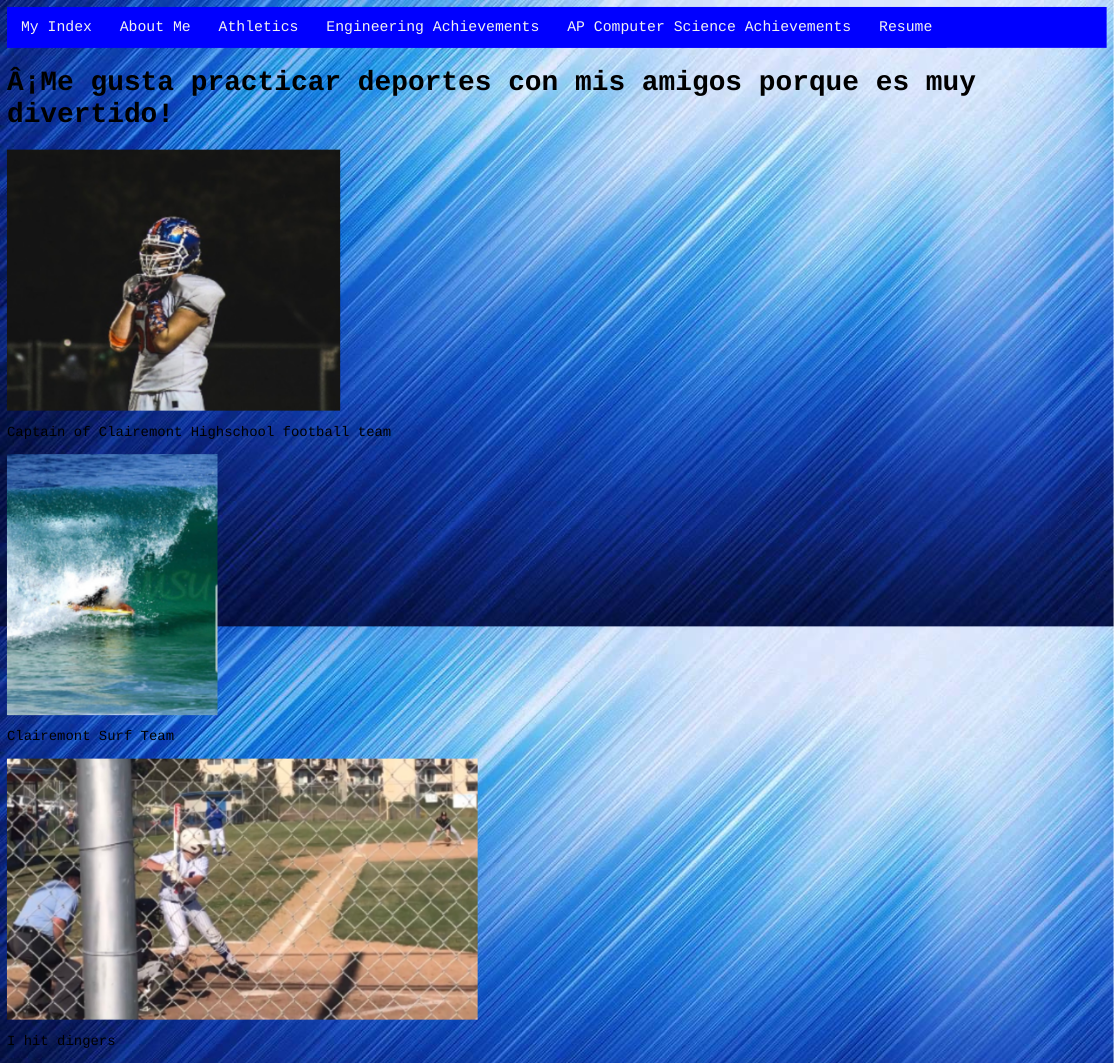
Repository: jacobsirois/jacobsirois.github.io
Page: athletics.html
The author's editor kept a record of every edit. The page is drawn from the files as they stood at one moment, then again after the next edit.
The browser window is 1280 px wide. The pictures show the whole page, at 87% of full size.
Backgrounds fixed to the window are drawn as part of the page.

Above is the page before.
Not found: index.css

### athletics.html
<html>
<head>
<title>Page Title</title>
</head>
<body>

<title>
"About Me"
<meta charset="utf-8">
</title>
<link href="index.css" rel="stylesheet" type="text/css">
<meta name="viewport" content="width=device-width, initial-scale=1">
<link rel="stylesheet" href="https://cdnjs.cloudflare.com/ajax/libs/font-awesome/4.7.0/css/font-awesome.min.css">

<style>
body {
  font-family: courier;
}

.topnav {
  overflow: hidden;
  background-color: blue;
}

.topnav a {
  float: left;
  display: block;
  background-color: blue;
  color: #f2f2f2;
  text-align: center;
  padding: 14px 16px;
  text-decoration: none;
  font-size: 17px;
}

.topnav a:hover {
  background-color: #ddd;
  color: black;
}

.active {
  background-color: #ff66a3;
  color: white;
}

.topnav .icon {
  display: none;
}

@media screen and (max-width: 600px) {
  .topnav a:not(:first-child) {display: none;}
  .topnav a.icon {
    float: right;
    display: block;
  }
}

@media screen and (max-width: 600px) {
  .topnav.responsive {position: relative;}
  .topnav.responsive .icon {
    position: absolute;
    right: 0;
    top: 0;
  }
  .topnav.responsive a {
    float: none;
    display: block;
    text-align: left;
  }
}
</style>

<div class="topnav" id="myTopnav">
  <a href="index.html" class="active">My Index</a>
  <a href="aboutme.html">About Me</a>
  <a href="athletics.html">Athletics</a>
  <a href="engineering.html">Engineering Achievements</a>
  <a href="compsci.html">AP Computer Science Achievements</a>
  <a href="resume.html">Resume</a>
  <a href="javascript:void(0);" class="icon" onclick="myFunction()">
    <i class="fa fa-bars"></i>
  </a>
</div>

<script>
function myFunction() {
    var x = document.getElementById("myTopnav");
    if (x.className === "topnav") {
        x.className += " responsive";
    } else {
        x.className = "topnav";
    }
}
</script>

<style>
body {
  background-image: url('anotha background.jpg');
  background-repeat: no-repeat;
  background-attachment: fixed;
  background-size: 100% 100%;
}
</style>

<h1>¡Me gusta practicar deportes con mis amigos porque es muy divertido!</h1>

<img src="images/football.jpg" alt="my avatar">
<p>Captain of Clairemont Highschool football team</p>
<img src="images/gnar.jpg" alt="my avatar">
<p>Clairemont Surf Team</p>
<img src="images/baseball.jpg" alt="my avatar">
<p>I hit dingers</p>
</body>
</html>

After the next edit:
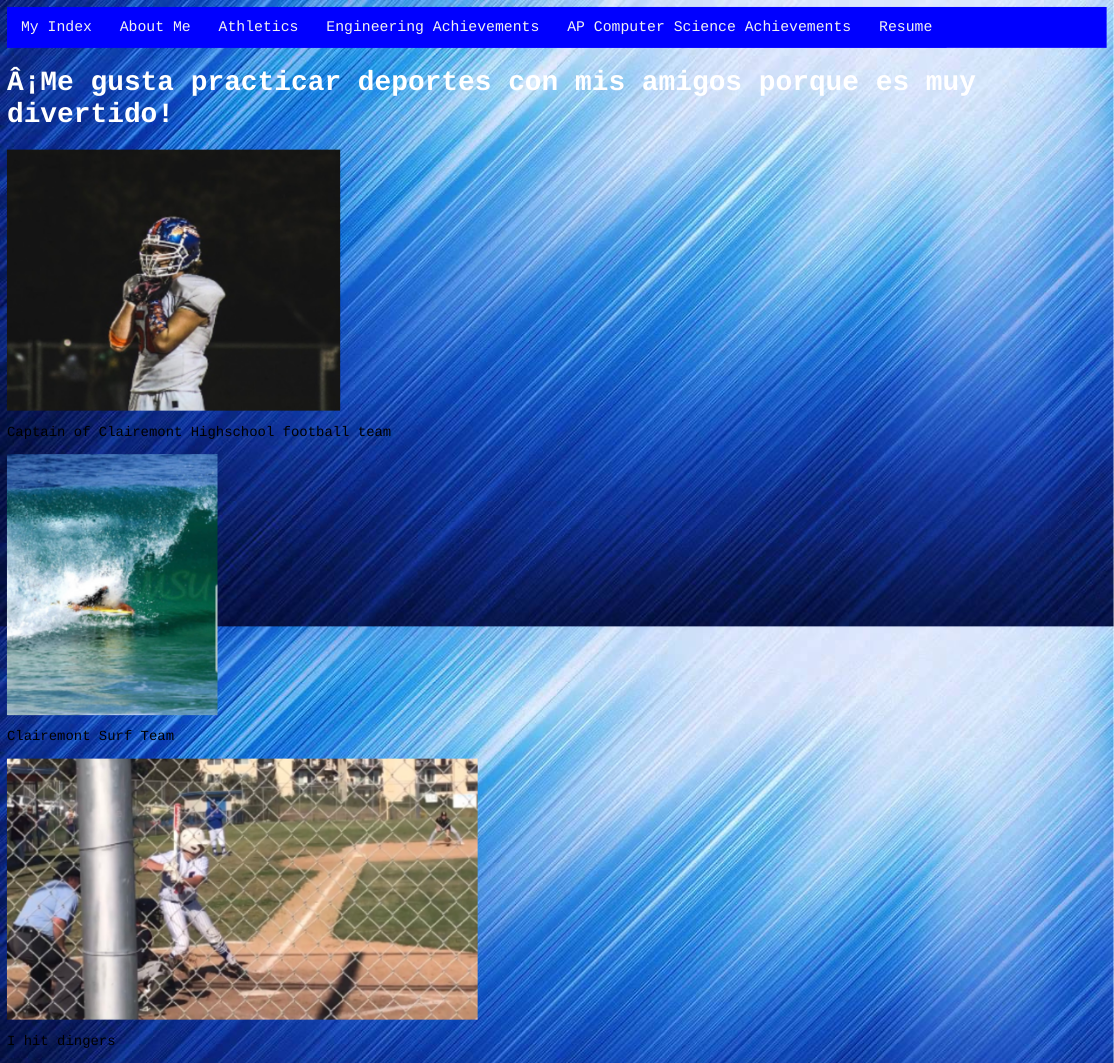
The edit:
--- a/athletics.html
+++ b/athletics.html
@@ -102,7 +102,7 @@
 }
 </style>
 
-<h1>¡Me gusta practicar deportes con mis amigos porque es muy divertido!</h1>
+<h1 style="color:White;">¡Me gusta practicar deportes con mis amigos porque es muy divertido!</h1>
 
 <img src="images/football.jpg" alt="my avatar">
 <p>Captain of Clairemont Highschool football team</p>
